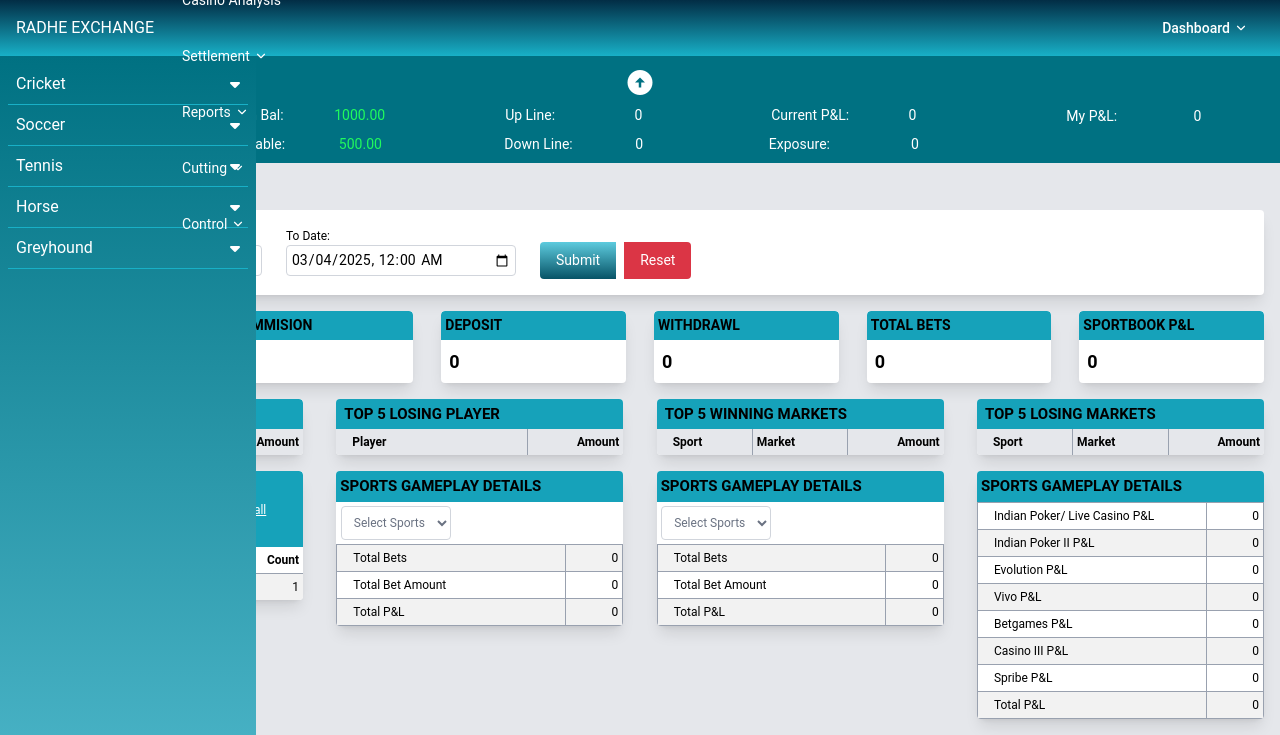
Repository: Habeebur1493/Radhe-Exchange
Page: /dashboard (app in frontend/), after clicking the first element matching `div.cursor-pointer`
The author's editor kept a copy of each file at every save. The page is drawn from the files as they stood at one save, then again after the next save.
The browser window is 1280 px wide. The pictures show the whole page.
Some web libraries are served in a nearby version. The project was rebuilt for these pictures with package versions that can differ from the ones it lists, and the page was loaded fresh each time. Also part of the build but not shown: frontend/vite.config.js, frontend/src/components/login.jsx, frontend/src/components/Register.jsx.

Above is the page before, as saved 2025-03-05 11:36:20.

After the next save:
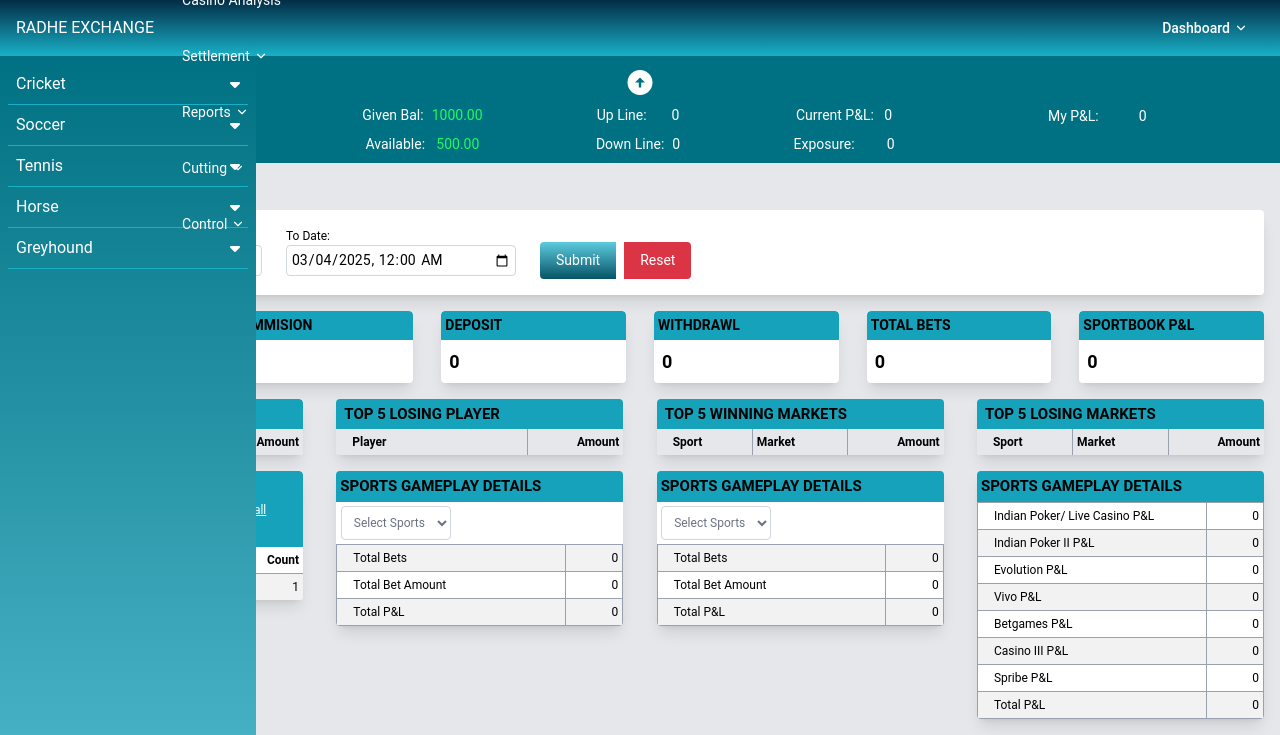
Saved 3 min 24 s later.
--- a/frontend/src/components/dashboard.jsx
+++ b/frontend/src/components/dashboard.jsx
@@ -183,51 +183,53 @@
         {/* Dropdown Content */}
         {isOpen && (
           <div className="bg-[#007182] transition-all duration-300 pb-1 px-4">
-            <div className="flex justify-evenly items-center text-white text-[14px] w-full mr-4">
-              <div className="flex flex-col text-center gap-2  ">
-                <h4 className="flex justify-between">
-                  User ID: <span className="ml-2">776demo</span>
-                </h4>
-                <h4 className="flex justify-between">
-                  User Type: <span className="ml-2">Admin</span>
-                </h4>
-              </div>
-
-              <div className="flex flex-col text-center gap-2 w-1/5">
-                <h4 className="flex justify-evenly">
-                  Given Bal:{" "}
-                  <span className="text-[#20fa5e] ml-2">1000.00</span>
-                </h4>
-                <h4 className="flex justify-evenly">
-                  Available: <span className="text-[#20fa5e] ml-2">500.00</span>
-                </h4>
-              </div>
-
-              <div className="flex flex-col text-center gap-2 w-1/5">
-                <h4 className="flex justify-evenly">
-                  Up Line: <span className="ml-6">0</span>
-                </h4>
-                <h4 className="flex justify-evenly">
-                  Down Line: <span className="ml-2">0</span>
-                </h4>
-              </div>
-
-              <div className="flex flex-col text-center gap-2 w-1/5">
-                <h4 className="flex justify-evenly">
-                  Current P&L: <span className="ml-2">0</span>
-                </h4>
-                <h4 className="flex justify-evenly">
-                  Exposure: <span className="ml-8">0</span>
-                </h4>
-              </div>
-
-              <div className="flex flex-col text-center gap-2 w-1/5 mb-7 pl-10">
-                <h4 className="flex justify-evenly">
-                  My P&L: <span className="ml-10">0</span>
-                </h4>
-              </div>
-            </div>
-          </div>
+          <div className="flex flex-wrap md:flex-nowrap justify-evenly items-center text-white text-[14px] w-full mr-4">
+
+            <div className="flex flex-col text-center gap-2 w-full sm:w-1/2 md:w-auto">
+              <h4 className="flex justify-between">
+                User ID: <span className="ml-2">776demo</span>
+              </h4>
+              <h4 className="flex justify-between">
+                User Type: <span className="ml-2">Admin</span>
+              </h4>
+            </div>
+
+            <div className="flex flex-col text-center gap-2 w-full sm:w-1/2 md:w-auto">
+              <h4 className="flex justify-evenly">
+                Given Bal: <span className="text-[#20fa5e] ml-2">1000.00</span>
+              </h4>
+              <h4 className="flex justify-evenly">
+                Available: <span className="text-[#20fa5e] ml-2">500.00</span>
+              </h4>
+            </div>
+
+            <div className="flex flex-col text-center gap-2 w-full sm:w-1/2 md:w-auto">
+              <h4 className="flex justify-evenly">
+                Up Line: <span className="ml-6">0</span>
+              </h4>
+              <h4 className="flex justify-evenly">
+                Down Line: <span className="ml-2">0</span>
+              </h4>
+            </div>
+
+            <div className="flex flex-col text-center gap-2 w-full sm:w-1/2 md:w-auto">
+              <h4 className="flex justify-evenly">
+                Current P&L: <span className="ml-2">0</span>
+              </h4>
+              <h4 className="flex justify-evenly">
+                Exposure: <span className="ml-8">0</span>
+              </h4>
+            </div>
+
+            <div className="flex flex-col text-center gap-2 w-full sm:w-1/2 md:w-auto mb-7 pl-10">
+              <h4 className="flex justify-evenly">
+                My P&L: <span className="ml-10">0</span>
+              </h4>
+            </div>
+
+          </div>
+        </div>
+
         )}
       </header>
       <DashContent />

After the save that followed:
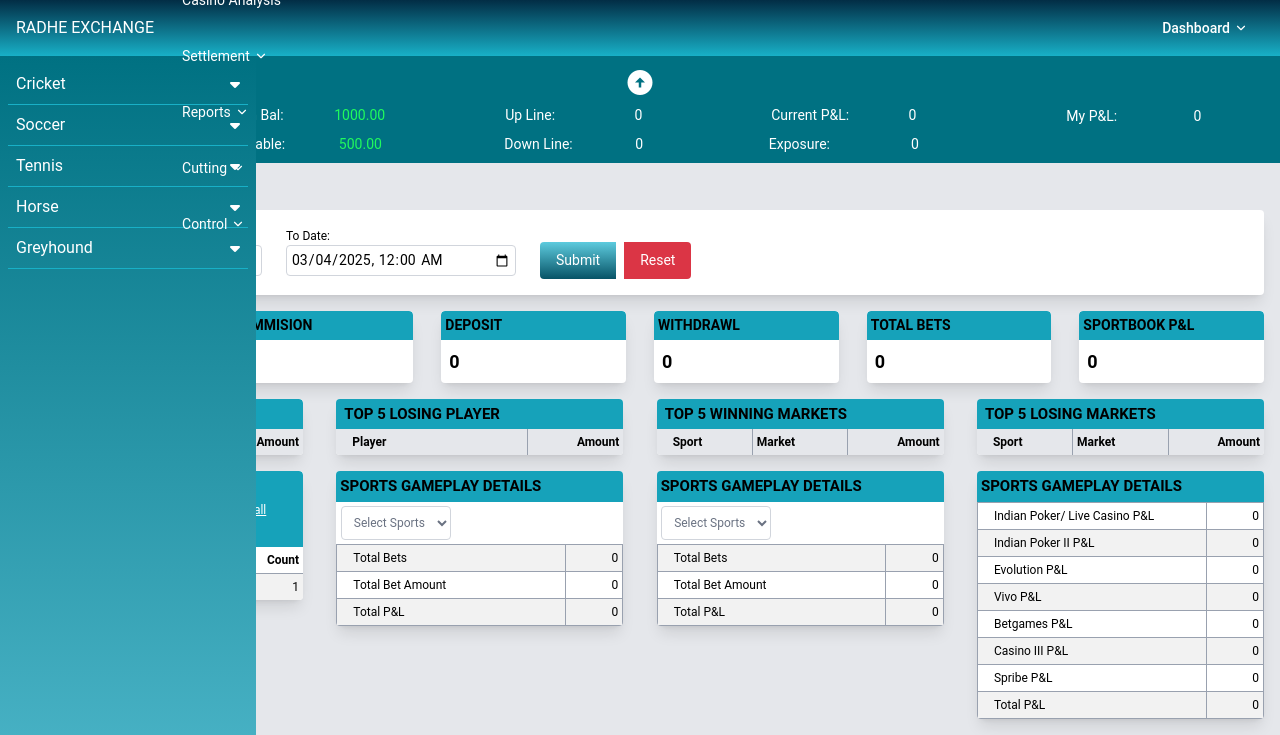
Saved 19 s later.
--- a/frontend/src/components/dashboard.jsx
+++ b/frontend/src/components/dashboard.jsx
@@ -183,53 +183,51 @@
         {/* Dropdown Content */}
         {isOpen && (
           <div className="bg-[#007182] transition-all duration-300 pb-1 px-4">
-          <div className="flex flex-wrap md:flex-nowrap justify-evenly items-center text-white text-[14px] w-full mr-4">
-
-            <div className="flex flex-col text-center gap-2 w-full sm:w-1/2 md:w-auto">
-              <h4 className="flex justify-between">
-                User ID: <span className="ml-2">776demo</span>
-              </h4>
-              <h4 className="flex justify-between">
-                User Type: <span className="ml-2">Admin</span>
-              </h4>
+            <div className="flex justify-evenly items-center text-white text-[14px] w-full mr-4">
+              <div className="flex flex-col text-center gap-2  ">
+                <h4 className="flex justify-between">
+                  User ID: <span className="ml-2">776demo</span>
+                </h4>
+                <h4 className="flex justify-between">
+                  User Type: <span className="ml-2">Admin</span>
+                </h4>
+              </div>
+
+              <div className="flex flex-col text-center gap-2 w-1/5">
+                <h4 className="flex justify-evenly">
+                  Given Bal:{" "}
+                  <span className="text-[#20fa5e] ml-2">1000.00</span>
+                </h4>
+                <h4 className="flex justify-evenly">
+                  Available: <span className="text-[#20fa5e] ml-2">500.00</span>
+                </h4>
+              </div>
+
+              <div className="flex flex-col text-center gap-2 w-1/5">
+                <h4 className="flex justify-evenly">
+                  Up Line: <span className="ml-6">0</span>
+                </h4>
+                <h4 className="flex justify-evenly">
+                  Down Line: <span className="ml-2">0</span>
+                </h4>
+              </div>
+
+              <div className="flex flex-col text-center gap-2 w-1/5">
+                <h4 className="flex justify-evenly">
+                  Current P&L: <span className="ml-2">0</span>
+                </h4>
+                <h4 className="flex justify-evenly">
+                  Exposure: <span className="ml-8">0</span>
+                </h4>
+              </div>
+
+              <div className="flex flex-col text-center gap-2 w-1/5 mb-7 pl-10">
+                <h4 className="flex justify-evenly">
+                  My P&L: <span className="ml-10">0</span>
+                </h4>
+              </div>
             </div>
-
-            <div className="flex flex-col text-center gap-2 w-full sm:w-1/2 md:w-auto">
-              <h4 className="flex justify-evenly">
-                Given Bal: <span className="text-[#20fa5e] ml-2">1000.00</span>
-              </h4>
-              <h4 className="flex justify-evenly">
-                Available: <span className="text-[#20fa5e] ml-2">500.00</span>
-              </h4>
-            </div>
-
-            <div className="flex flex-col text-center gap-2 w-full sm:w-1/2 md:w-auto">
-              <h4 className="flex justify-evenly">
-                Up Line: <span className="ml-6">0</span>
-              </h4>
-              <h4 className="flex justify-evenly">
-                Down Line: <span className="ml-2">0</span>
-              </h4>
-            </div>
-
-            <div className="flex flex-col text-center gap-2 w-full sm:w-1/2 md:w-auto">
-              <h4 className="flex justify-evenly">
-                Current P&L: <span className="ml-2">0</span>
-              </h4>
-              <h4 className="flex justify-evenly">
-                Exposure: <span className="ml-8">0</span>
-              </h4>
-            </div>
-
-            <div className="flex flex-col text-center gap-2 w-full sm:w-1/2 md:w-auto mb-7 pl-10">
-              <h4 className="flex justify-evenly">
-                My P&L: <span className="ml-10">0</span>
-              </h4>
-            </div>
-
-          </div>
-        </div>
-
+          </div>
         )}
       </header>
       <DashContent />
